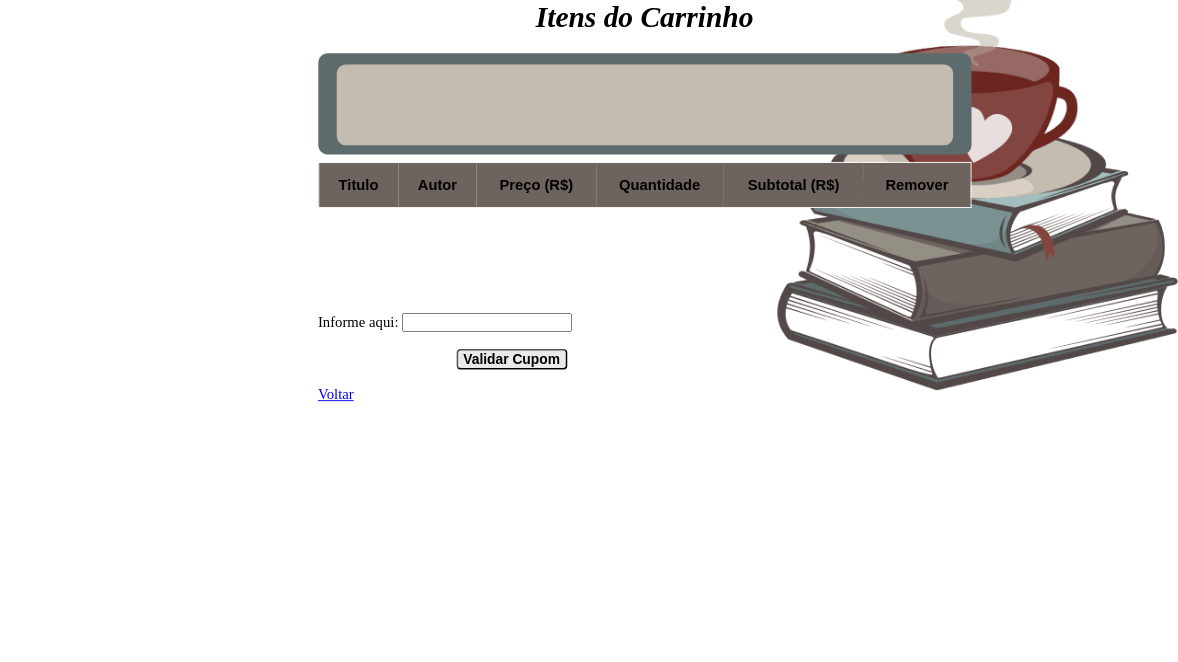
Repository: gabriellacrystina/ProjetoTegra
Page: http://localhost/book-store/meuCarrinho.jsp
An editor plug-in stored every save of this project. The page is shown before and after the next save, followed by the edit.
The browser window is 1280 px wide. The pictures show the whole page, at 92% of full size.
The page is served by Tomcat 9. Nobody is signed in. The application's start-up code is not run. The template is opened directly, without the code that normally fills it, so the values that code supplies are empty.

Above is the page before, as saved 2016-07-07 19:34:50.

After the next save:
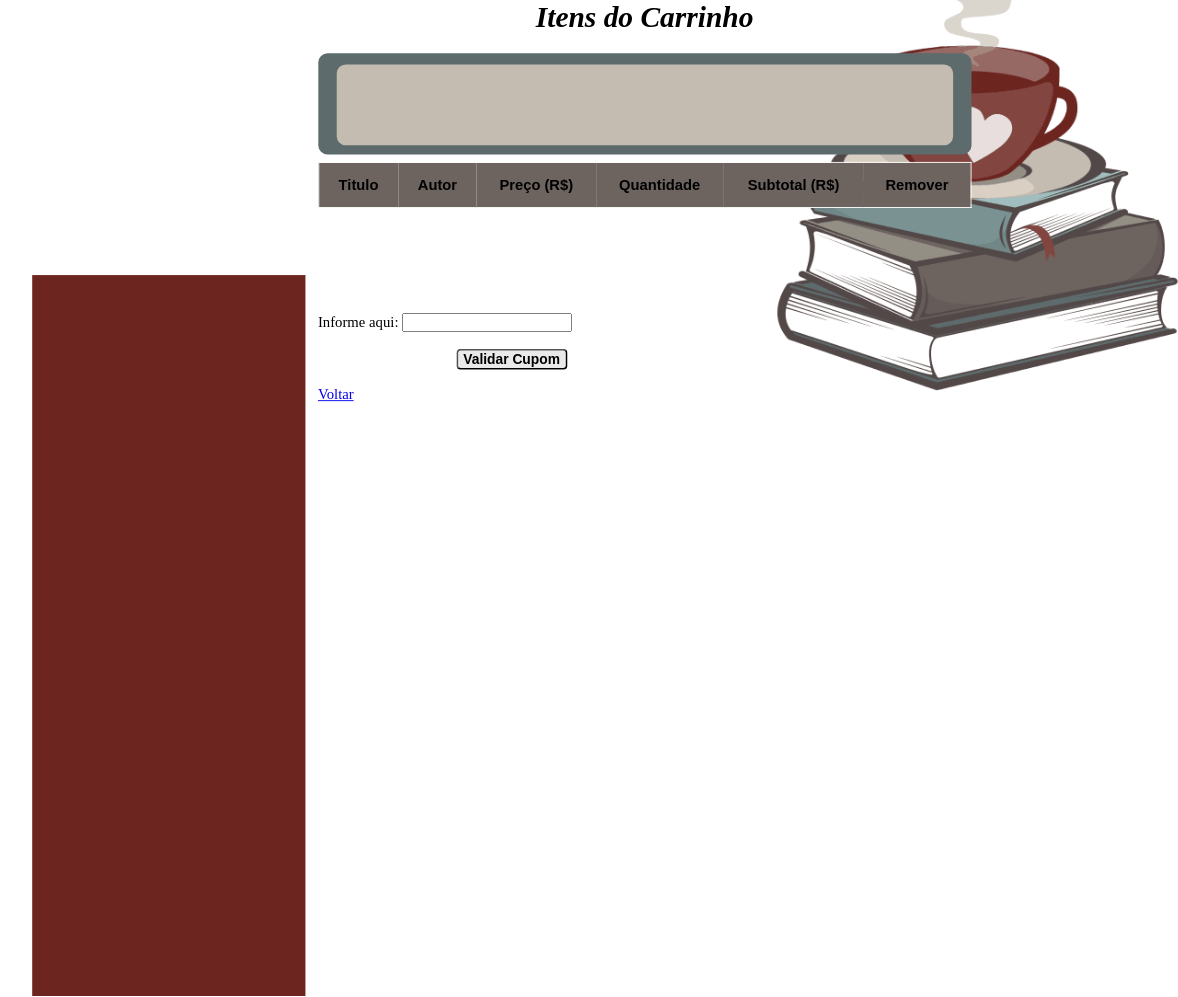
Saved 13 min 3 s later.
--- a/book-store/WebContent/meuCarrinho.jsp
+++ b/book-store/WebContent/meuCarrinho.jsp
@@ -45,6 +45,8 @@
 			</table>
 			<br><br><br>
 			<div class="cupom">
+				<div class="desconto">
+				</div>
 				<h3>Possui cumpom de desconto?</h3>
 				Informe aqui: <input type="text" maxlength="15">
 				<br><br>
